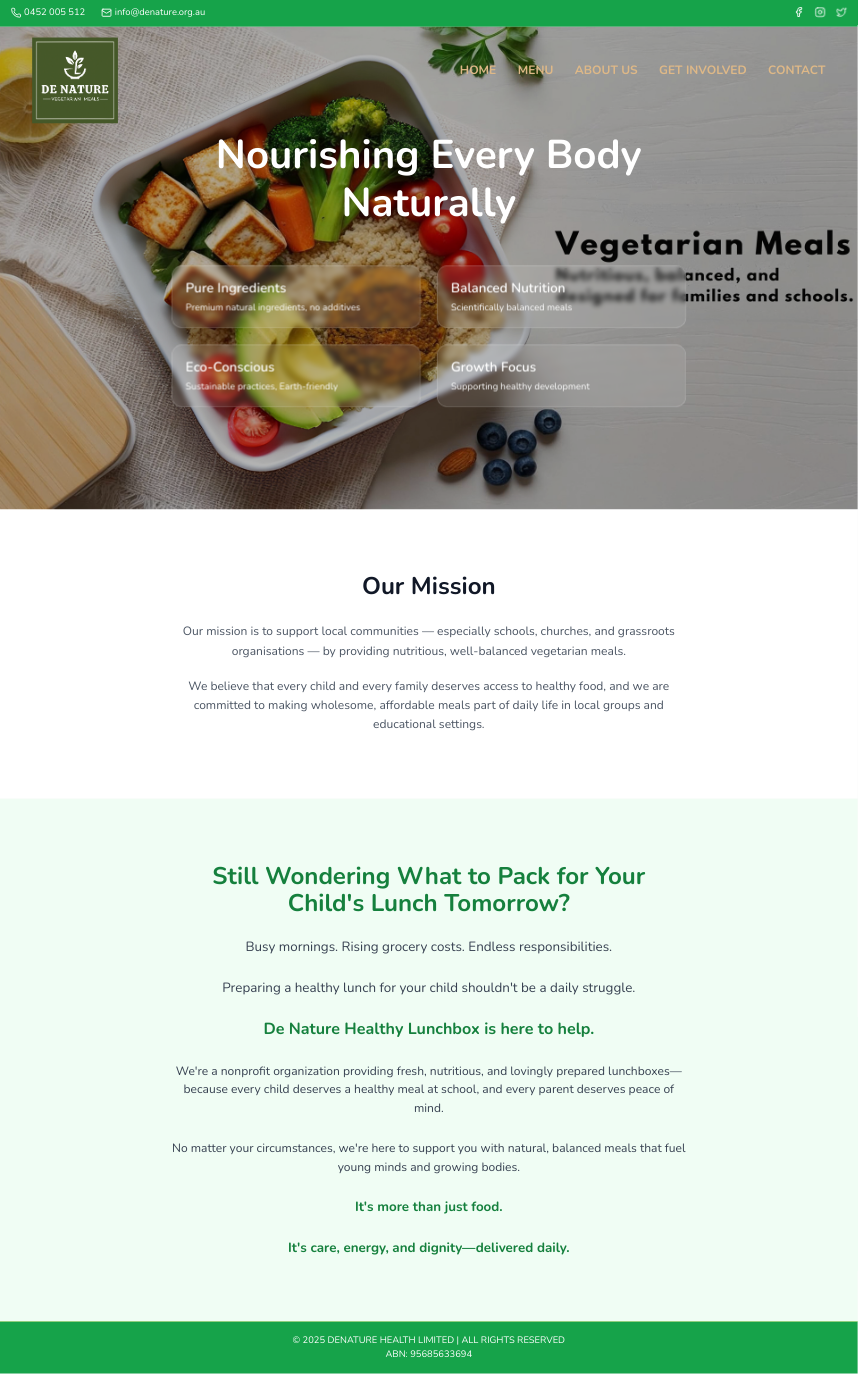
Repository: sunnyyan01/denature-website
Page: /
These files come from the project's save history. The page is drawn as it stood at one moment and after the next save; the edit follows.
The browser window is 1280 px wide. The pictures show the whole page, at 67% of full size.
The project was rebuilt for these pictures with package versions that can differ from the ones it lists, and the page was loaded fresh each time. The framework's server and built-in components were replaced by stand-ins that run in the browser. Also part of the build but not shown: next.config.js.

Above is the page before, as saved 2025-05-11 20:48:55.

After the next save:
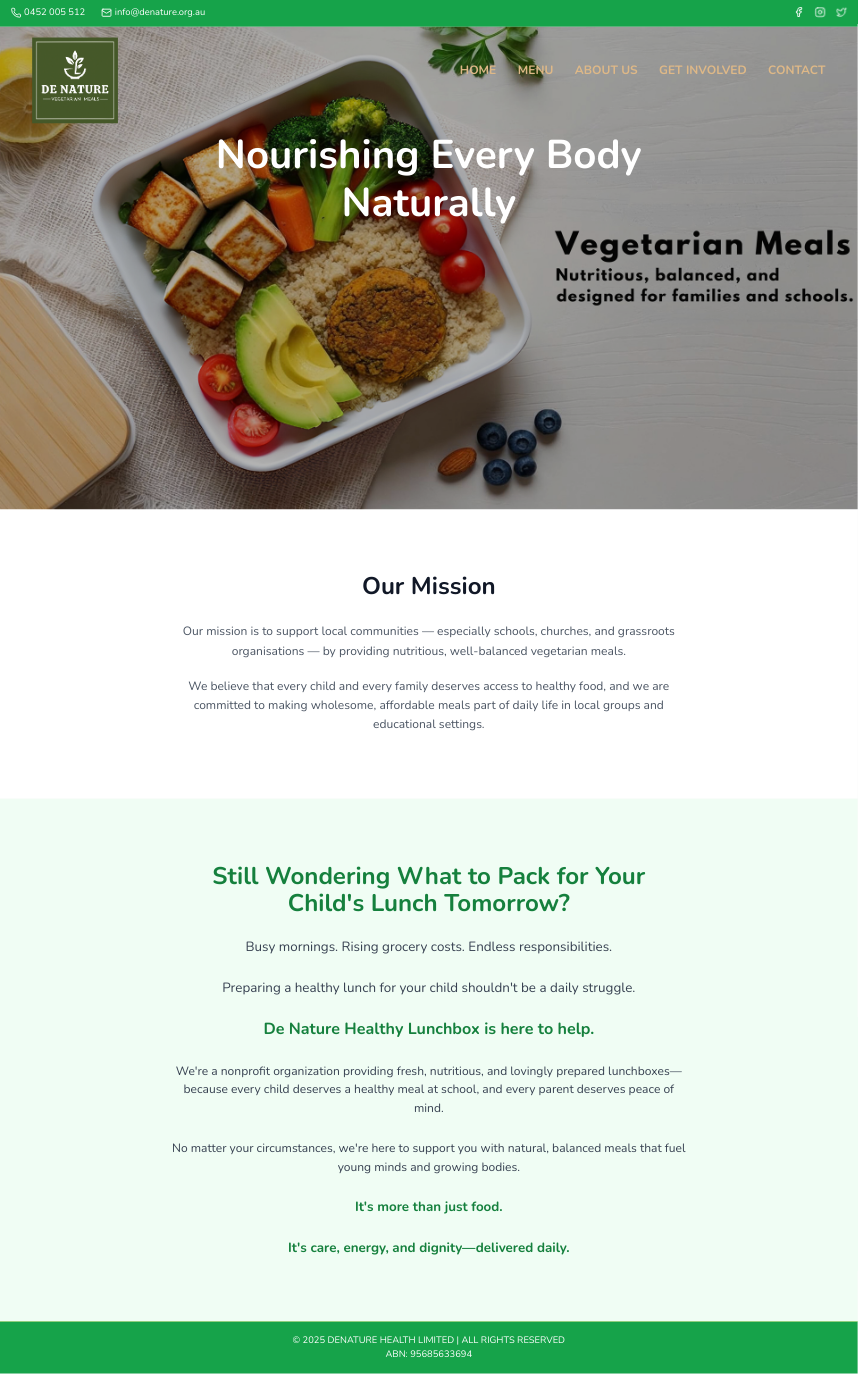
Saved 25 h 13 min later.
--- a/src/app/page.tsx
+++ b/src/app/page.tsx
@@ -41,25 +41,6 @@
               <div className="mb-1 md:mb-3">Nourishing Every Body</div>
               <div>Naturally</div>
             </h1>
-            {/* 四个特点 */}
-            <div className="grid grid-cols-1 md:grid-cols-2 gap-6 max-w-3xl mx-auto">
-              <div className="bg-white/10 backdrop-blur-sm p-5 rounded-lg hover:bg-white/20 transition-colors border border-white/20">
-                <h3 className="text-xl font-semibold text-white mb-1">Pure Ingredients</h3>
-                <p className="text-white text-sm">Premium natural ingredients, no additives</p>
-              </div>
-              <div className="bg-white/10 backdrop-blur-sm p-5 rounded-lg hover:bg-white/20 transition-colors border border-white/20">
-                <h3 className="text-xl font-semibold text-white mb-1">Balanced Nutrition</h3>
-                <p className="text-white text-sm">Scientifically balanced meals</p>
-              </div>
-              <div className="bg-white/10 backdrop-blur-sm p-5 rounded-lg hover:bg-white/20 transition-colors border border-white/20">
-                <h3 className="text-xl font-semibold text-white mb-1">Eco-Conscious</h3>
-                <p className="text-white text-sm">Sustainable practices, Earth-friendly</p>
-              </div>
-              <div className="bg-white/10 backdrop-blur-sm p-5 rounded-lg hover:bg-white/20 transition-colors border border-white/20">
-                <h3 className="text-xl font-semibold text-white mb-1">Growth Focus</h3>
-                <p className="text-white text-sm">Supporting healthy development</p>
-              </div>
-            </div>
           </div>
         </div>
       </section>
